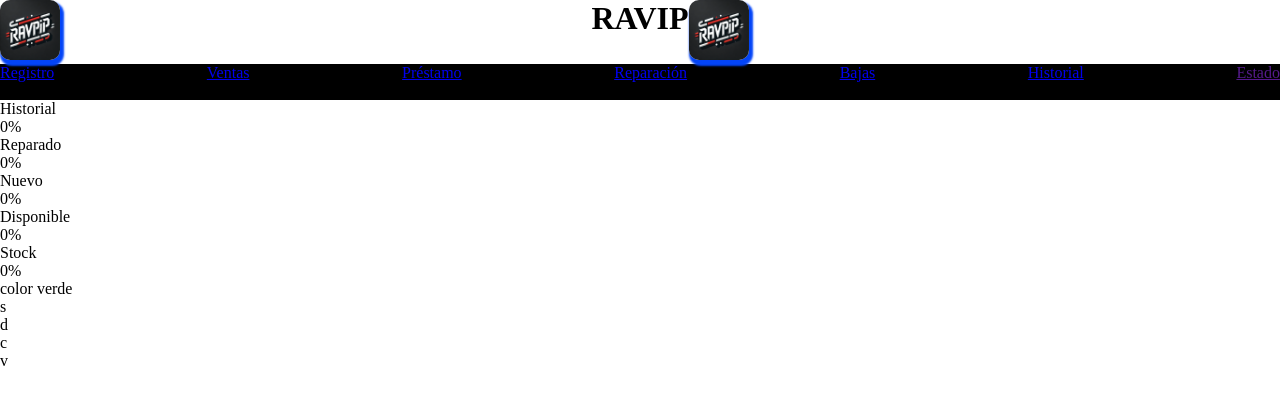
Repository: ye909/RAVPIP
Page: index.html
An editor plug-in stored every save of this project. The page is shown before and after the next save, followed by the edit.
The browser window is 1280 px wide. The pictures show the whole page.

Above is the page before, as saved 2025-04-03 12:21:30.

### index.html
<!DOCTYPE html>
<html lang="es">
<head>
    <meta charset="UTF-8">
    <meta name="viewport" content="width=device-width, initial-scale=1.0">
    <title>Estado</title>
    <link rel="stylesheet" href="./src/css/heder.css">
</head>
<body>

    <div class="containerTituloLogo">
        <div><img src="./src/imagenes/logo2.webp" alt="Logo" class="imglogo"></div>
        <div><h1>RAVIP</h1></div>
        <div><img src="./src/imagenes/logo2.webp" alt="Logo" class="imglogo"></div>
    </div>



        <!--
       <div> </div>
        <div><img src="./src/imagenes/logo2.webp" alt="Logo" class="imglogo"></div> -->

    <nav>
        <ul>
            <li><a href="./src/templei/registroPortatil.html" target="_self" aria-label="Abrir Registro">Registro</a></li>
            <li><a href="./src/templei/ventasPortatil.html" target="_self" aria-label="Abrir Ventas">Ventas</a></li>
            <li><a href="./src/templei/prestamoPortatil.html" target="_self" aria-label="Abrir >Préstamo">Préstamo</a></li>
            <li><a href="./src/templei/reparacionPortatil.html" target="_self" aria-label="Abrir Reparación">Reparación</a></li>
            <li><a href="./src/templei/bajasPortatil.html" target="_self" aria-label="Abrir Bajas">Bajas</a></li>
            <li><a href="./src/templei/historial.html" target="_self" aria-label="Abrir Historial">Historial</a></li>
            <li><a href="" id="itemEstado"target="_self" aria-label="Abrir Estado">Estado</a></li>
        </ul>
    </nav>

    <div class="containerProgreso" id="containerProgreso">
        <div class="subcontainerProgreso"><p id="contadorProgreso1"><span class="tituloProceso">Historial</span> <br> 0%</p></div>
        <div class="subcontainerProgreso"><p id="contadorProgreso2"><span class="tituloProceso">Reparado</span> <br> 0%</p></div>
        <div class="subcontainerProgreso"><p id="contadorProgreso3"><span class="tituloProceso">Nuevo</span> <br> 0%</p></div>
        <div class="subcontainerProgreso"><p id="contadorProgreso4"><span class="tituloProceso">Disponible</span> <br> 0%</p></div>
        <div class="subcontainerProgreso"><p id="contadorProgreso5"><span class="tituloProceso">Stock</span> <br> 0%</p></div>
    </div>

    <div>
        <aside>
<div>color verde</div>
<div>s</div>
<div>d</div>
<div>c</div>
<div></div>
<div>v</div>
        </aside>
    </div>
    <script src="./src/js/heder.js"></script>
</body>
</html>

### src/css/heder.css
*{
  margin: 0;
  padding: 0;
  background-attachment: fixed;
  background-size: cover;
}
.containerTituloLogo {
  display: flex;

  justify-content: space-between;
}
.containerTituloLogo h1 {
  font-size: clamp(2rem, 6vw ,2rem );
  text-align: center;
  flex-grow: 1;

}
.containerTituloLogo img{
width: min(60px, 100%);
border-radius:10px ;
box-shadow: 2px 4px 2px 2px rgb(3, 68, 247);
}
nav{
  background:black;
  height: 5vh;

}
ul{
  display: flex;
  justify-content: space-between;
  text-align: center;
}
li:hover{
  background:rgb(3, 151, 3);
  font-size: 20px;
  padding: 10px;
}
/*


header {
    background-color: #f8f9fa;
    padding: 5px;
    border-bottom: 1px solid #dddddd;
    display: flex;
    flex-direction: column;
    align-items: center;
    gap: 10px;
}


.containerTituloLogo,.containerProgreso{
    display: flex;
    justify-content: center;
    align-items: center;
    gap: 20px;
    flex-wrap: wrap;
    width: 100%;
    padding: 20px;
}
.imglogo {
    object-fit: cover;
    width: 70px;
    height: auto;
    flex-shrink: 0;
    border-radius: 6px;
}

nav ul {
    display: flex;
    justify-content: center;
    gap: 15px;
    list-style: none;
    padding: 0;
    margin: 0;
    flex-wrap: wrap;
}

nav ul li {

    padding: 5px 10px;
    cursor: pointer;
}
a{
    text-decoration: none;
}
a:hover{
    border-bottom:black 2px solid;
}
.containerProgreso{


    display: none;
}

 .containerProgreso p {
    text-align: center;
    font-size: clamp(0.7rem, 7vw ,0.7rem );
    font-weight: bolder;
}

 .subcontainerProgreso{
    width: 4%;
    height: 7vh;
    background: rgb(254, 251, 251);
    padding: 10px;
    border-radius: 80px;
 box-shadow: 1px 1px 1px 1px black;
    border-top: 2px solid #0817f5;
    border-left: 2px solid #1bf806;
} */
<<<<<<< HEAD

  /* Estilo general
  body {
    font-family: 'Arial', sans-serif;
    background-color: #f4f4f4;
    color: #333;
  }

  Estilo de la cabecera
  header {
    background-color: #333;
    color: white;
    padding: 20px 0;
    display: flex;
    justify-content: space-between;
    align-items: center;
    padding: 10px 20px;
  }

  header .logo h1 {
    font-size: 30px;
  }

  header nav ul {
    list-style: none;
    display: flex;
    gap: 20px;
  }

  header nav ul li a {
    text-decoration: none;
    color: white;
    font-weight: bold;
  }

  Estilo de la sección de tarjetas
  .product-cards {
    padding: 50px 20px;
    text-align: center;
    background-color: #fff;
  }

  .product-cards h2 {
    margin-bottom: 30px;
    font-size: 28px;
  }

  .cards-container {
    display: grid;
    grid-template-columns: repeat(auto-fill, minmax(250px, 1fr));
    gap: 20px;
    justify-items: center;
  }

  .card {
    background-color: #fff;
    border-radius: 10px;
    box-shadow: 0 2px 10px rgba(0, 0, 0, 0.1);
    overflow: hidden;
    width: 300px;
    text-align: center;
    padding: 20px;
  }

  .card img {
    width: 100%;
    height: auto;
    border-radius: 10px;
  }

  .card h3 {
    margin: 15px 0;
    font-size: 22px;
  }

  .card p {
    font-size: 16px;
    margin-bottom: 20px;
  }

  .card button {
    background-color: #333;
    color: white;
    border: none;
    padding: 10px 20px;
    font-size: 16px;
    cursor: pointer;
    border-radius: 5px;
  }

  .card button:hover {
    background-color: #555;
  }

  /* Estilo de pie de página
  footer {
    background-color: #333;
    color: white;
    padding: 20px;
    text-align: center;
  }



.card img{
  object-fit: cover;
  width: min(100px,80%);
}
footer{
    display: flex;

}
.footer-content p {
    font-size: clamp(0.5m, 1vw, 0.6rem);
  }
=======

>>>>>>> alexcasa

### src/js/heder.js




// const itemEstado=document.getElementById('itemEstado');
// const containerProgreso=document.getElementById('containerProgreso');


// itemEstado.addEventListener('click',(e)=>{
//     e.preventDefault();
//     containerProgreso.style.display='inline';
//     containerProgreso.style.display='flex';
// });


// // Si deseas agregar una funcionalidad adicional como redirigir al usuario al hacer clic en los botones, puedes usar este código.

// const buttons = document.querySelectorAll('.card button');

// buttons.forEach(button => {
//   button.addEventListener('click', () => {
//     alert('Serás redirigido a la página del producto.');
//     // Aquí puedes redirigir al usuario a la página del producto
//     // window.location.href = 'producto.html'; // Por ejemplo
//   });
// });

After the next save:
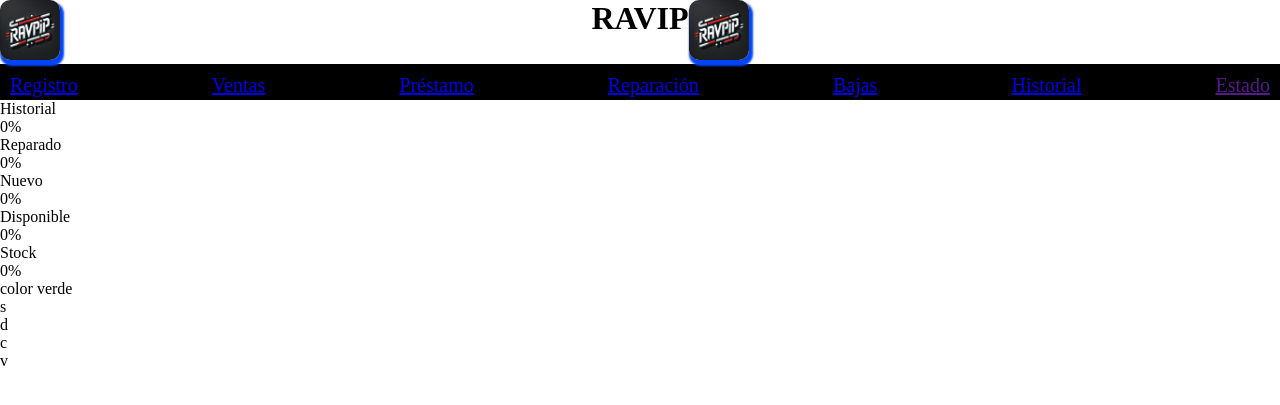
Saved 10 s later.
--- a/src/css/heder.css
+++ b/src/css/heder.css
@@ -29,11 +29,12 @@
   display: flex;
   justify-content: space-between;
   text-align: center;
+  font-size: 20px;
+  padding: 10px;
 }
 li:hover{
   background:rgb(3, 151, 3);
-  font-size: 20px;
-  padding: 10px;
+
 }
 /*
 
